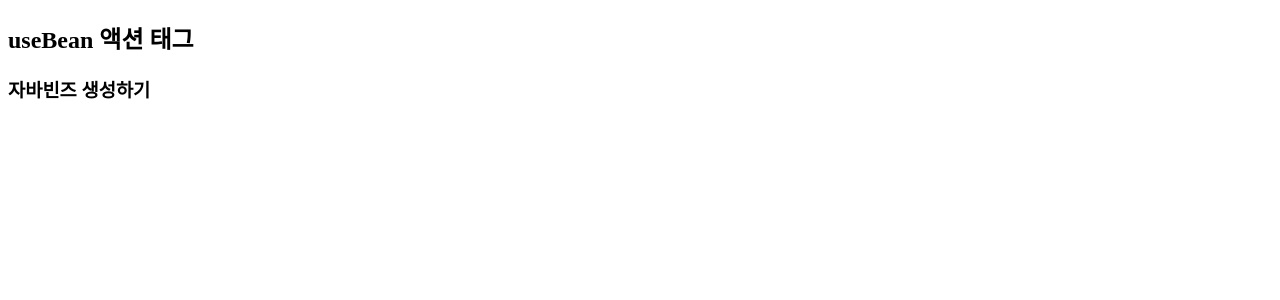
Repository: Motibidu/JSP_Servlet
Page: http://localhost/MushHaveJsp/07ActionTag/UseBeanMain.jsp
An editor plug-in stored every save of this project. The page is shown before and after the next save, followed by the edit.
The browser window is 1280 px wide. The pictures show the whole page.
The page is served by Tomcat 10.

Above is the page before, as saved 2025-05-08 08:05:20.

After the next save:
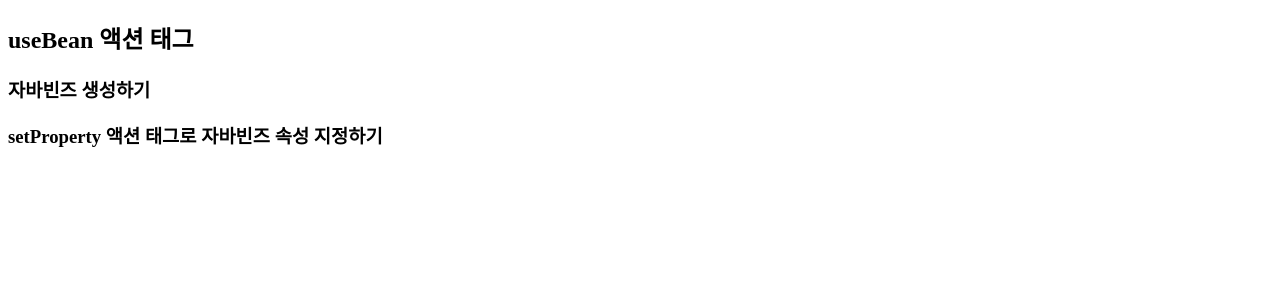
Saved 38 s later.
--- a/MushHaveJsp/src/main/webapp/07ActionTag/UseBeanMain.jsp
+++ b/MushHaveJsp/src/main/webapp/07ActionTag/UseBeanMain.jsp
@@ -1,5 +1,5 @@
 <%@ page language="java" contentType="text/html; charset=UTF-8"
-    pageEncoding="UTF-8"%>
+	pageEncoding="UTF-8"%>
 <!DOCTYPE html>
 <html>
 <head>
@@ -9,7 +9,11 @@
 <body>
 	<h2>useBean 액션 태그</h2>
 	<h3>자바빈즈 생성하기</h3>
-	<jsp:useBean id="person" class="common.Person" scope="request"/>
+	<jsp:useBean id="person" class="common.Person" scope="request" />
+
+	<h3>setProperty 액션 태그로 자바빈즈 속성 지정하기</h3>
+	<jsp:setProperty name="person" property="name" value="임꺽정" />
+	<jsp:setProperty name="person" property="age" value="41" />
 
 </body>
 </html>
